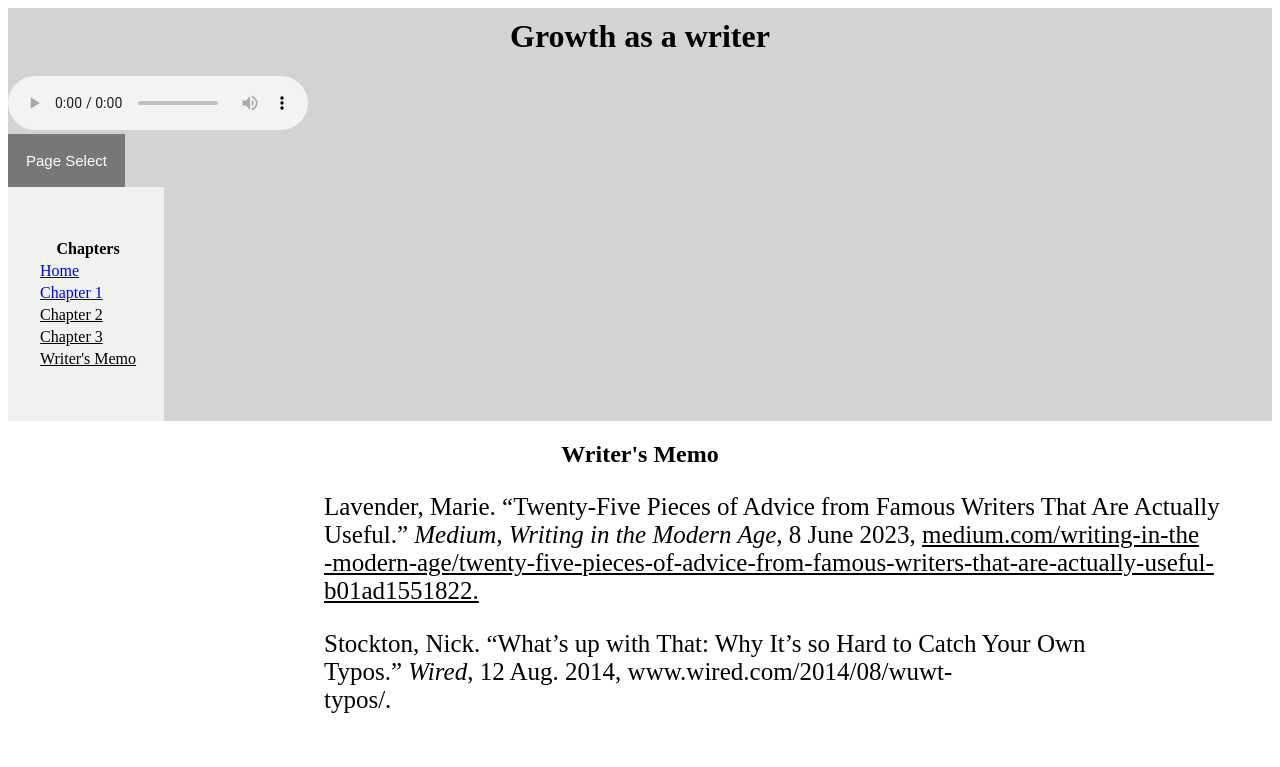
Repository: jpaisiem/WP-4
Page: WorksCited.html
These files come from the project's save history. The page is drawn as it stood at one moment and after a run of saves; the edit follows.
The browser window is 1280 px wide. The pictures show the whole page.

Above is the page before, as saved 2025-05-01 12:12:20.
Console error: TypeError: Cannot read properties of undefined (reading 'toggle')

### WorksCited.html
<!DOCTYPE html>
<html>
<head>
<meta name="viewport" content="width=device-width, initial-scale=1">
<style>
.collapsible {
  background-color: #777;
  color: white;
  cursor: pointer;
  padding: 18px;
  width: fit-content;
  border: none;
  text-align: left;
  outline: none;
  font-size: 15px;
}

.active, .collapsible:hover {
  background-color: #555;
}

.content {
  display: flex;
  flex-direction: column;
  overflow: hidden;
  background-color: #f1f1f1;
  width: fit-content;
  height: fit-content;
  padding-left: 2.3%;
  padding-right: 2%;
}
p
{
 font-size: 25px;
 text-align: left;
 margin-left:25%;
}
li
{
 font-size: 25px;
 text-align: left;
 margin-left: 5%;

}
</style>
<title>Growth as a writer - Chapter 3</title>
</head>
<body>
    <div style="background-color: lightgray; display: flex; flex-direction: column; margin-top: 0%;">
        <h1 style="text-align: center; background-color: lightgray; padding-top: 10px; margin-top: 0%;">Growth as a writer</h1>
        <div style="align-items: center;">
        <audio controls>
            <source src="audio.mp3" type="audio/mpeg">
        </audio>
        </div>
<button type="button" class="collapsible">Page Select</button>
<div class="content">
  <p><table>
    <tr>
        <th>Chapters</th>
    </tr>
    <tr>
        <td><a href="index.html">Home</a></td>
    </tr>
    <tr>
        <td><a href="Chapter1.html">Chapter 1</a></td>
    </tr>
     <tr>
        <td><a href="Chapter2.html" style="color: black;">Chapter 2</a></td>
    </tr>
    <tr>
        <td><a href="Chapter3.html" style="color: black;">Chapter 3</a></td>
    </tr>
    <tr>
        <td><a href="WritersMemo.html" style="color: black;">Writer&apos;s Memo</a></td>
    </tr>
  </table></p>
</div>
    </div>
<div style="text-align: center;">
     <h2 style="text-align: center;">Writer&apos;s Memo</h2>
     <p>
    Lavender, Marie. <q>Twenty-Five Pieces of Advice from Famous Writers That Are Actually <br>
    Useful.</q> <i>Medium, Writing in the Modern Age</i>, 8 June 2023, <u>medium.com/writing-in-the<br>
    -modern-age/twenty-five-pieces-of-advice-from-famous-writers-that-are-actually-useful-<br>
    b01ad1551822.</u><br>
</p>
<p>
     Stockton, Nick. “What’s up with That: Why It’s so Hard to Catch Your Own <br>
     Typos.” <i>Wired</i>, 12 Aug. 2014, www.wired.com/2014/08/wuwt-<br>
     typos/.<br>

‌
</p>
</div>
<script>
var coll = document.getElementsByClassName("collapsible");
var i;

for (i = 0; i < coll.length; i++) {
  coll[i].addEventListener("click", function() {
    this.classList.toggle("active");
    var content = this.nextElementSibling;
    if (content.style.display === "block") {
      content.style.display = "none";
    } else {
      content.style.display = "block";
    }
  });
}
if(location.reload){
    this.classList.toggle("collapsible");
}
</script>

</body>
</html>

After the next 3 saves:
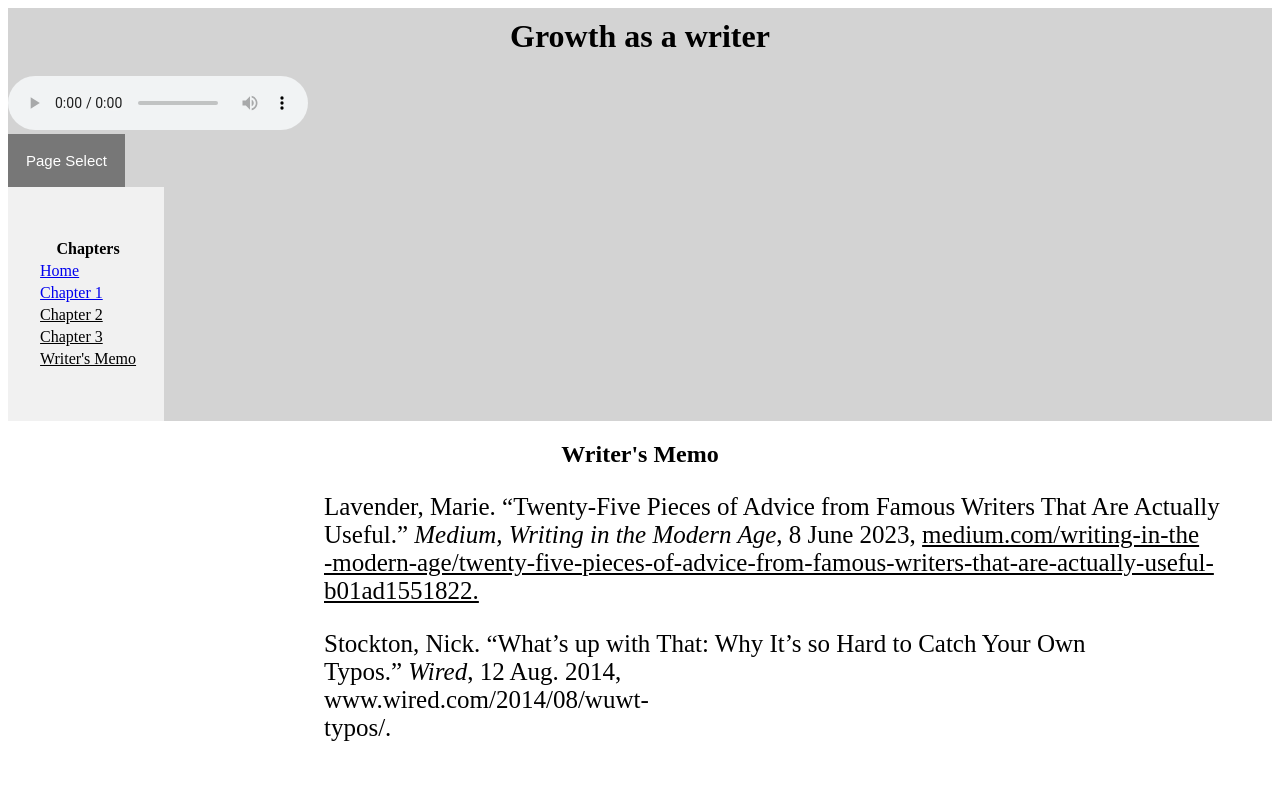
The 3 saves are shown as one change because they came seconds apart.
The last was saved 29 s later.
--- a/WorksCited.html
+++ b/WorksCited.html
@@ -87,7 +87,8 @@
 </p>
 <p>
      Stockton, Nick. “What’s up with That: Why It’s so Hard to Catch Your Own <br>
-     Typos.” <i>Wired</i>, 12 Aug. 2014, www.wired.com/2014/08/wuwt-<br>
+     Typos.” <i>Wired</i>, 12 Aug. 2014, <br>
+     www.wired.com/2014/08/wuwt-<br>
      typos/.<br>
 
 ‌

After the save that followed:
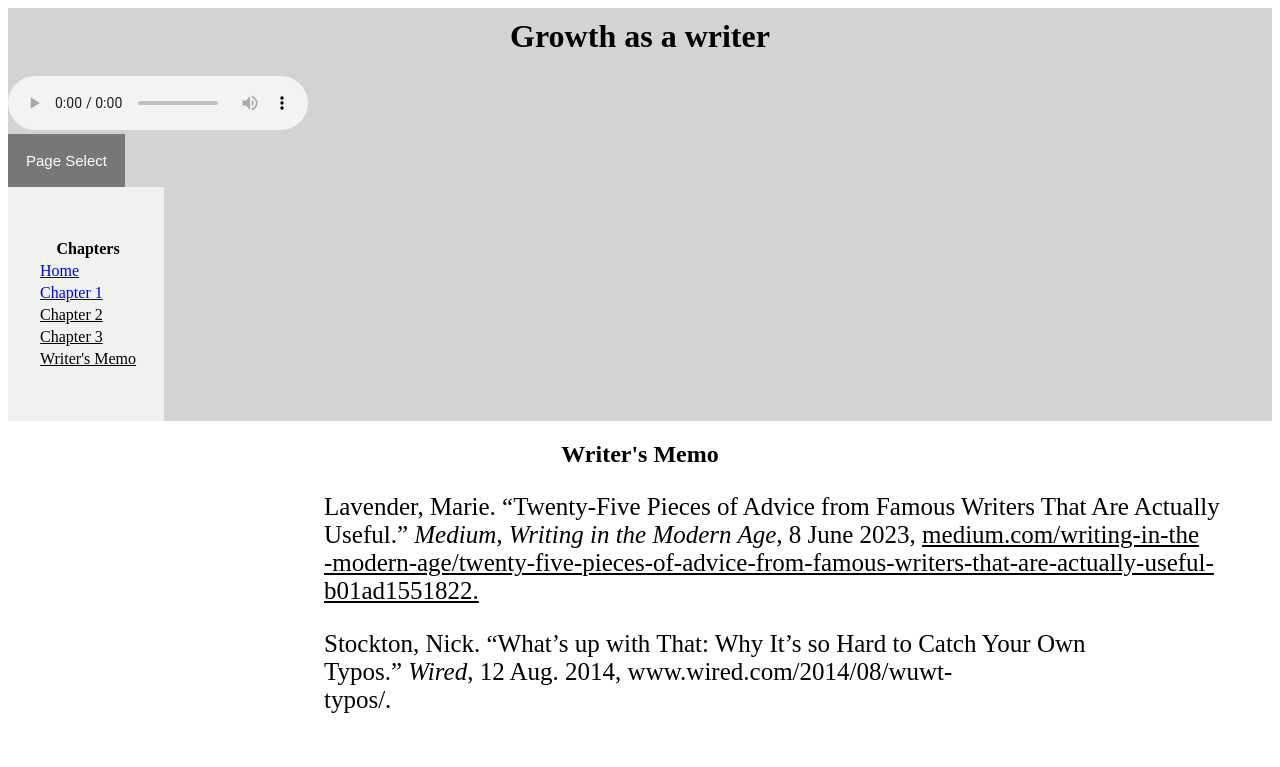
Saved 7 s later.
--- a/WorksCited.html
+++ b/WorksCited.html
@@ -87,7 +87,7 @@
 </p>
 <p>
      Stockton, Nick. “What’s up with That: Why It’s so Hard to Catch Your Own <br>
-     Typos.” <i>Wired</i>, 12 Aug. 2014, <br>
+     Typos.” <i>Wired</i>, 12 Aug. 2014,
      www.wired.com/2014/08/wuwt-<br>
      typos/.<br>
 
